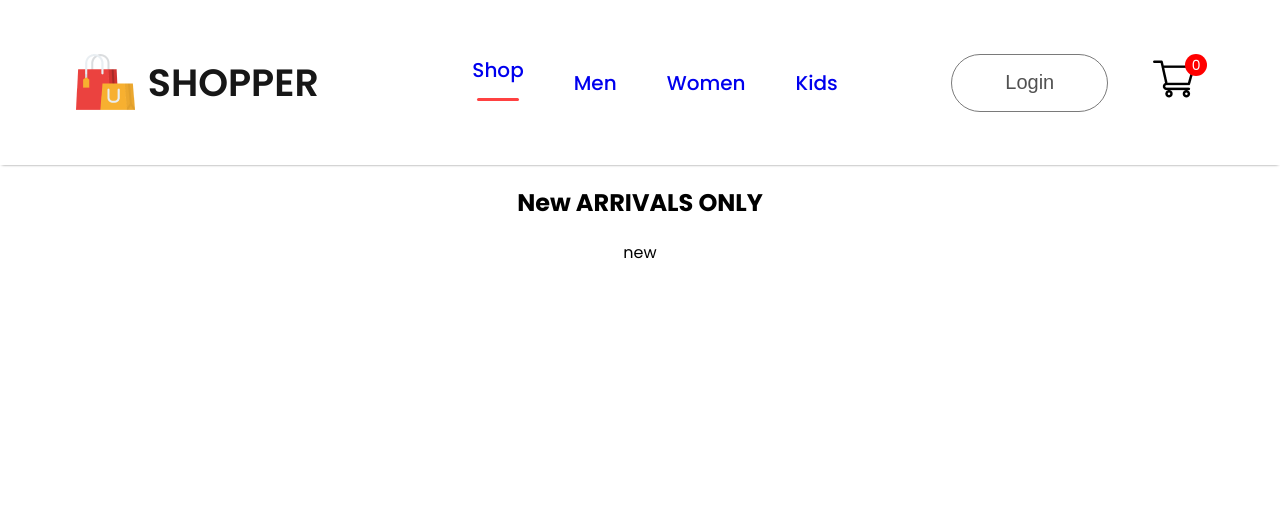
Repository: saritha55/EcommerceReactJs
Page: /
These files come from the project's save history. The page is drawn as it stood at one moment and after a run of saves; the edit follows.
The browser window is 1280 px wide. The pictures show the whole page.
The project was rebuilt for these pictures with package versions that can differ from the ones it lists, and the page was loaded fresh each time. Also part of the build but not shown: src/Components/Hero/Hero.css, src/Pages/ShopCategory.jsx, src/Pages/Product.jsx, src/Pages/Cart.jsx, src/Pages/LoginSignup.jsx.

Above is the page before, as saved 2024-12-02 14:38:22.

### public/index.html
<!DOCTYPE html>
<html lang="en">
  <head>
    <meta charset="utf-8" />
    <link rel="icon" href="%PUBLIC_URL%/favicon.ico" />
    <meta name="viewport" content="width=device-width, initial-scale=1" />
    <meta name="theme-color" content="#000000" />
    <meta
      name="description"
      content="Web site created using create-react-app"
    />
    <link rel="apple-touch-icon" href="%PUBLIC_URL%/logo192.png" />
    <!--
      manifest.json provides metadata used when your web app is installed on a
      user's mobile device or desktop. See https://developers.google.com/web/fundamentals/web-app-manifest/
    -->
    <link rel="manifest" href="%PUBLIC_URL%/manifest.json" />

    <link rel="preconnect" href="https://fonts.googleapis.com">
    <link rel="preconnect" href="https://fonts.gstatic.com" crossorigin>
    <link href="https://fonts.googleapis.com/css2?family=Poppins:ital,wght@0,100;0,200;0,300;0,400;0,500;0,600;0,700;0,800;0,900;1,100;1,200;1,300;1,400;1,500;1,600;1,700;1,800;1,900&display=swap" rel="stylesheet">
    <!--
      Notice the use of %PUBLIC_URL% in the tags above.
      It will be replaced with the URL of the `public` folder during the build.
      Only files inside the `public` folder can be referenced from the HTML.

      Unlike "/favicon.ico" or "favicon.ico", "%PUBLIC_URL%/favicon.ico" will
      work correctly both with client-side routing and a non-root public URL.
      Learn how to configure a non-root public URL by running `npm run build`.
    -->
    <title>E-commerce</title>
  </head>
  <body>
    <noscript>You need to enable JavaScript to run this app.</noscript>
    <div id="root"></div>
    <!--
      This HTML file is a template.
      If you open it directly in the browser, you will see an empty page.

      You can add webfonts, meta tags, or analytics to this file.
      The build step will place the bundled scripts into the <body> tag.

      To begin the development, run `npm start` or `yarn start`.
      To create a production bundle, use `npm run build` or `yarn build`.
    -->
  </body>
</html>

### src/index.css
body {
  margin: 0;
  font-family: -apple-system, BlinkMacSystemFont, 'Segoe UI', 'Roboto', 'Oxygen',
    'Ubuntu', 'Cantarell', 'Fira Sans', 'Droid Sans', 'Helvetica Neue',
    sans-serif;
  -webkit-font-smoothing: antialiased;
  -moz-osx-font-smoothing: grayscale;
  font-family: poppins;
}

code {
  font-family: source-code-pro, Menlo, Monaco, Consolas, 'Courier New',
    monospace;
}

### src/App.js
import './App.css';
import Navbar from './Components/Navbar/Navbar';
import { BrowserRouter, Routes,Route } from 'react-router-dom';
import Shop from './Pages/Shop';
import ShopCategory
 from './Pages/ShopCategory';
import Product from './Pages/Product';
import Cart from './Pages/Cart';
import LoginSignup from './Pages/LoginSignup';

function App() {
  return (
    <div className="App">
      <BrowserRouter>
      <Navbar />
      <Routes>
        <Route path ='/' element={<Shop/>} />
        <Route path ='/mens' element={<ShopCategory category="men"/>} />
        <Route path ='/womens' element={<ShopCategory category="women"/>} />
        <Route path ='/kids' element={<ShopCategory category="kid"/>} />
        <Route path="product" element={<Product/>}>
            <Route path=':productId' element={<Product/>} />
        </Route>
        <Route path ='/cart' element={<Cart/>} />
        <Route path ='/login' element={<LoginSignup/>} />

      </Routes>
      </BrowserRouter>
    </div>
  );
}

export default App;

### src/Components/Navbar/Navbar.jsx
import React from 'react'
import { useState } from 'react'
import './Navbar.css'
import logo from '../Assets/logo.png'
import cart_icon from '../Assets/cart_icon.png'
import { Link } from 'react-router-dom'

const Navbar = () => {

    const [menu,setMenu] = useState("shop");

  return (
    <div className='navbar'>
      <div className="nav-logo">
        <img src={logo} alt="" />
        <p>SHOPPER</p>
      </div>
      <ul className="nav-menu">
        <li onClick={()=>{setMenu("shop")}} > <Link  style={{ textDecoration: 'none'}} to='/'>Shop</Link> {menu==="shop"?<hr/>:<></>} </li>
        <li onClick={()=>{setMenu("mens")}}><Link style={{ textDecoration: 'none'}} to='/mens'>Men </Link>{menu==="mens"?<hr/>:<></>}</li>
        <li onClick={()=>{setMenu("womens")}}><Link style={{ textDecoration: 'none'}} to='/womens'>Women </Link> {menu==="womens"?<hr/>:<></>}</li>
        <li onClick={()=>{setMenu("kids")}}> <Link style={{ textDecoration: 'none'}} to='/kids'>Kids</Link> {menu==="kids"?<hr/>:<></>}</li>
      </ul>
      <div className="nav-login-cart">
        <Link to='/login'><button>Login</button></Link>
        <Link to='/cart'><img src={cart_icon} alt="" /></Link>
        <div className="nav-cart-count">0</div>
      </div>
    </div>
  )
}

export default Navbar

### src/Pages/Shop.jsx
import React from 'react'
import Hero from '../Components/Hero/Hero'

const Shop = () => {
  return (
    <div>
      <Hero/>
    </div>
  )
}

export default Shop

### src/Components/Navbar/Navbar.css
.navbar{
    display: flex;
    justify-content: space-around;
    padding: 16px;
    box-shadow: 0 1px 3px -2px black;
}

.nav-logo{
    display: flex;
    align-items: center;
    gap: 10px;
}
.nav-logo p{
    color: #171717;
    font-size: 38px;
    font-weight: 600;
}
.nav-menu{
    display: flex;
    align-items: center;
    list-style: none;
    gap: 50px;
    color: #626262;
    font-size: 20px;
    font-weight: 500;
}
.nav-menu li{
    display: flex;
    flex-direction: column;
    align-items: center;
    gap: 3px;
    cursor: pointer;
}
.nav-menu hr{
    border: none;
    width: 80%;
    height: 3px;
    border-radius: 10px;
    background: #ff4141;
}
.nav-login-cart{
    display: flex;
    align-items: center;
    gap: 45px;
}
.nav-login-cart button{
    width: 157px;
    height: 58px;
    outline: none;
    border: 1px solid #7a7a7a;
    border-radius: 75px;
    color: #515151;
    font-size: 20px;
    font-weight: 500;
    background: white;
    cursor: pointer;

}
.nav-login-cart button:active{
    background: #f3f3f3;
}
.nav-cart-count{
    width: 22px;
    height: 22px;
    display: flex;
    justify-content: center;
    align-items: center;
    margin-top: -35px;
    margin-left: -55px;
    border-radius: 11px;
    font-size: 14px;
    background: red;
    color: white;
}

### src/Components/Hero/Hero.jsx
import React from 'react'
import './Hero.css'

const Hero = () => {
  return (
    <div className='hero'>
      <div className="hero-left">
        <h2>New ARRIVALS ONLY</h2>
        <div>
            <div className="hero-hand-icon">
                <p>new</p>
                <img src="" alt="" />
            </div>
        </div>
      </div>
      <div className="hero-right">

      </div>
    </div>
  )
}

export default Hero

Loaded but not shown: src/index.js (common file); src/reportWebVitals.js (common file); src/App.css (common file)

After the next 3 saves:
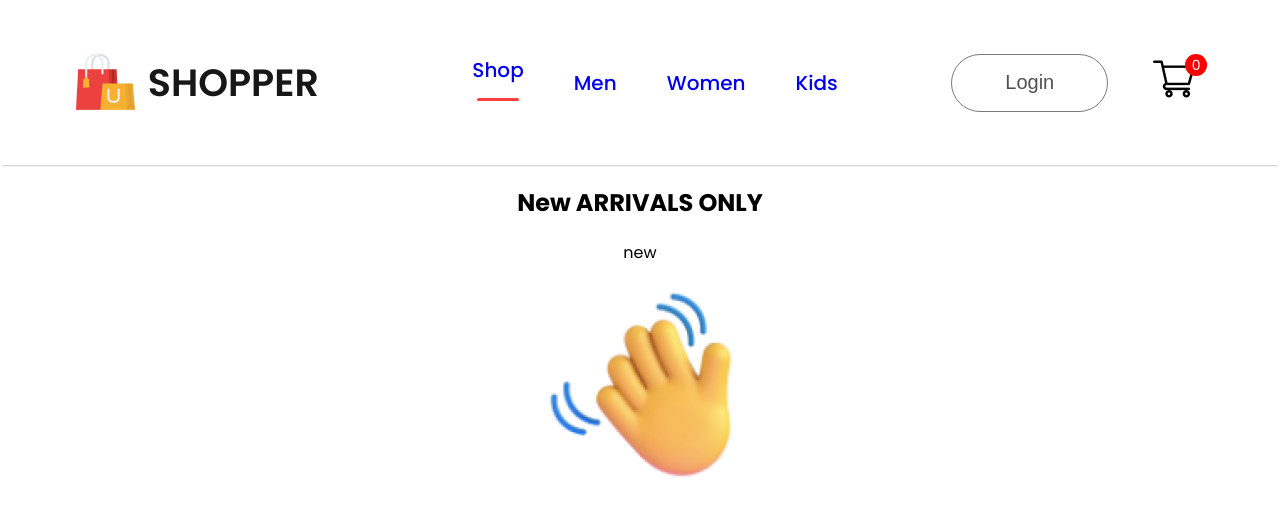
The 3 saves are shown as one change because 2 did not build or start.
The last was saved 45 s later.
--- a/src/Components/Hero/Hero.jsx
+++ b/src/Components/Hero/Hero.jsx
@@ -1,5 +1,6 @@
 import React from 'react'
 import './Hero.css'
+import hand_icon from '../Assets/hand_icon.png'
 
 const Hero = () => {
   return (
@@ -9,7 +10,7 @@
         <div>
             <div className="hero-hand-icon">
                 <p>new</p>
-                <img src="" alt="" />
+                <img src={hand_icon} alt="" />
             </div>
         </div>
       </div>
